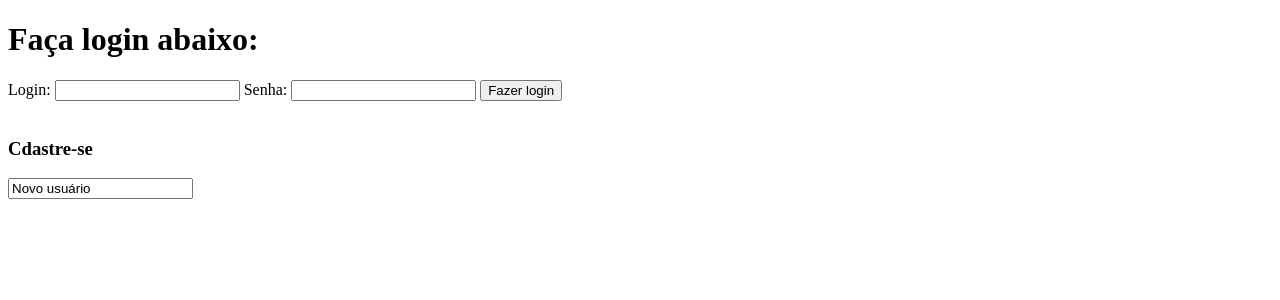
Repository: tainansv/desenvolvimento-agil-com-java-avan-ado
Page: http://localhost/Forum/login.jsp
These files come from the project's save history. The page is drawn as it stood at one moment and after the next save; the edit follows.
The browser window is 1280 px wide. The pictures show the whole page.
The page is served by Tomcat 9.

Above is the page before, as saved 2016-10-03 18:35:45.

After the next save:
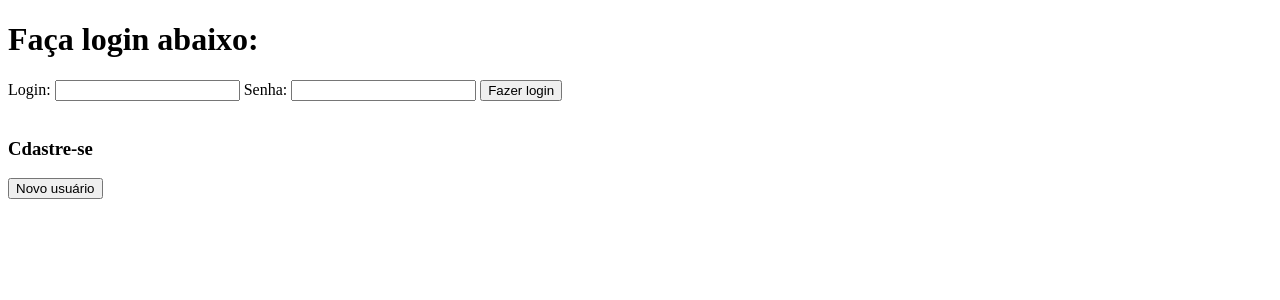
Saved 31 s later.
--- a/Forum/WebContent/login.jsp
+++ b/Forum/WebContent/login.jsp
@@ -18,7 +18,7 @@
 	<br>
 	<h3>Cdastre-se</h3>
 	<form action="cadastrar">
-		<input type="input" value="Novo usuário"/>
+		<input type="submit" value="Novo usuário"/>
 	</form>
 </body>
 </html>
